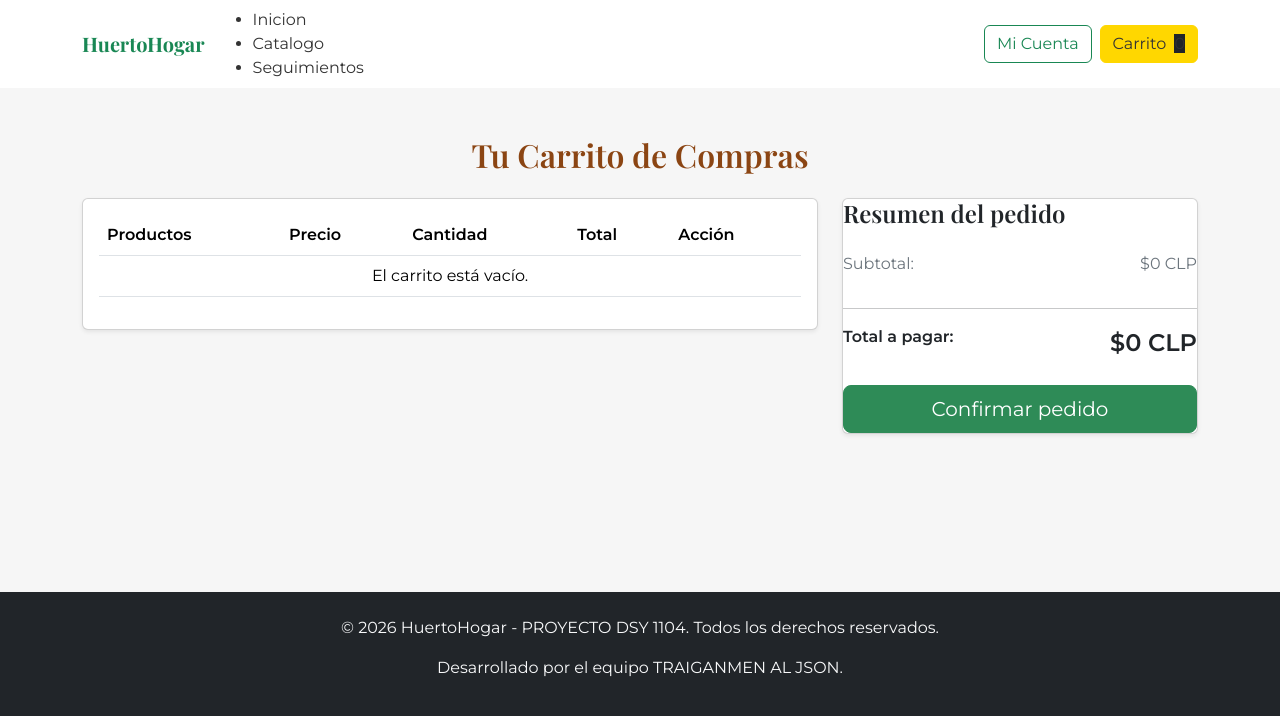
Repository: RottZen/Ev_1_Huerto_Hogar
Page: 3_carrito/carrito.html
An editor plug-in stored every save of this project. The page is shown before and after the next save, followed by the edit.
The browser window is 1280 px wide. The pictures show the whole page.

Above is the page before, as saved 2026-09-08 00:56:31.

After the next save:
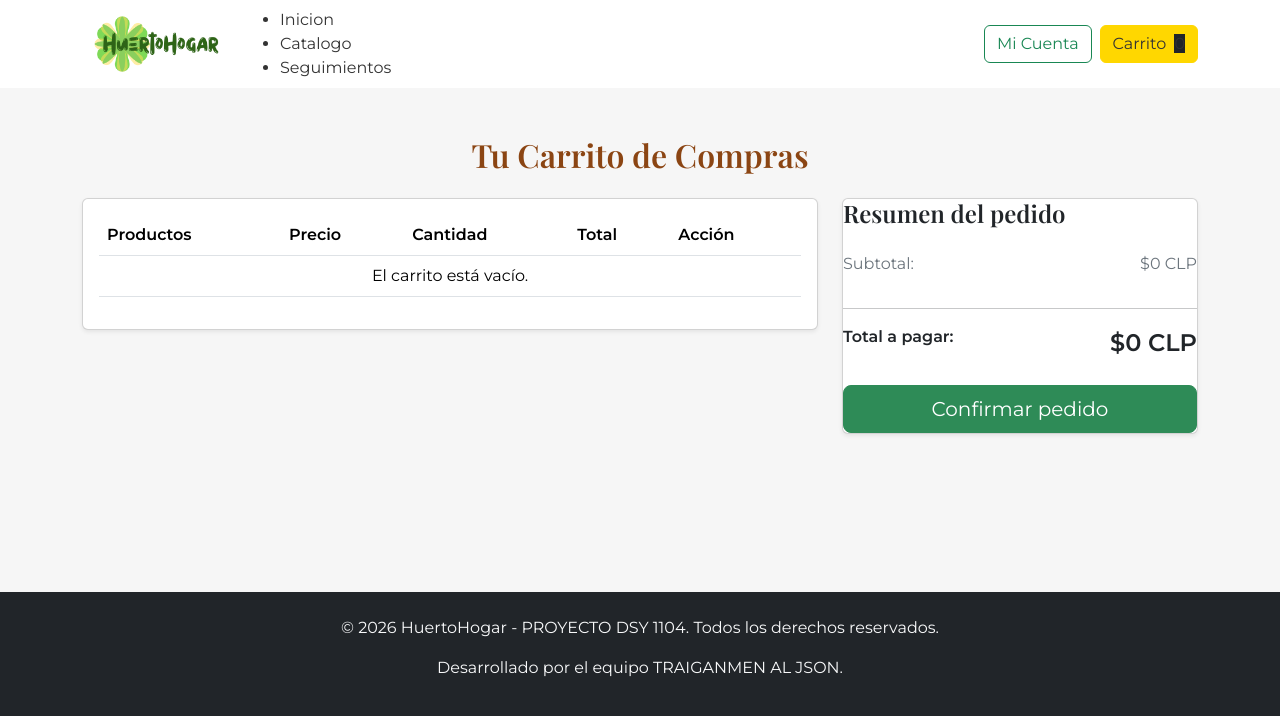
Saved 92 s later.
--- a/3_carrito/carrito.html
+++ b/3_carrito/carrito.html
@@ -21,7 +21,9 @@
     <header>
         <nav class="navbar navbar-expand-lg nav-light bg-white shadow-ms">
             <div class="container">
-                <a class="navbar-brand text-success" style="font-family: 'Playfair Display', serif; font-weight: 700;" href="../1_inicio/index.HTML">HuertoHogar</a>
+                <a class="navbar-brand" href="../1_inicio/index.HTML">
+                    <img src="../assets/img/logo.png" alt="Logo HuertoHogar" class="logo-header d-inline-block align-text-center">
+                </a>
                 <button class="navbar-toggler" type="button" data-bs-togle="collapse" data-bs-target="#menuNavegacion">
                     <span class="navbar-toggler-icon"></span>
                 </button>
